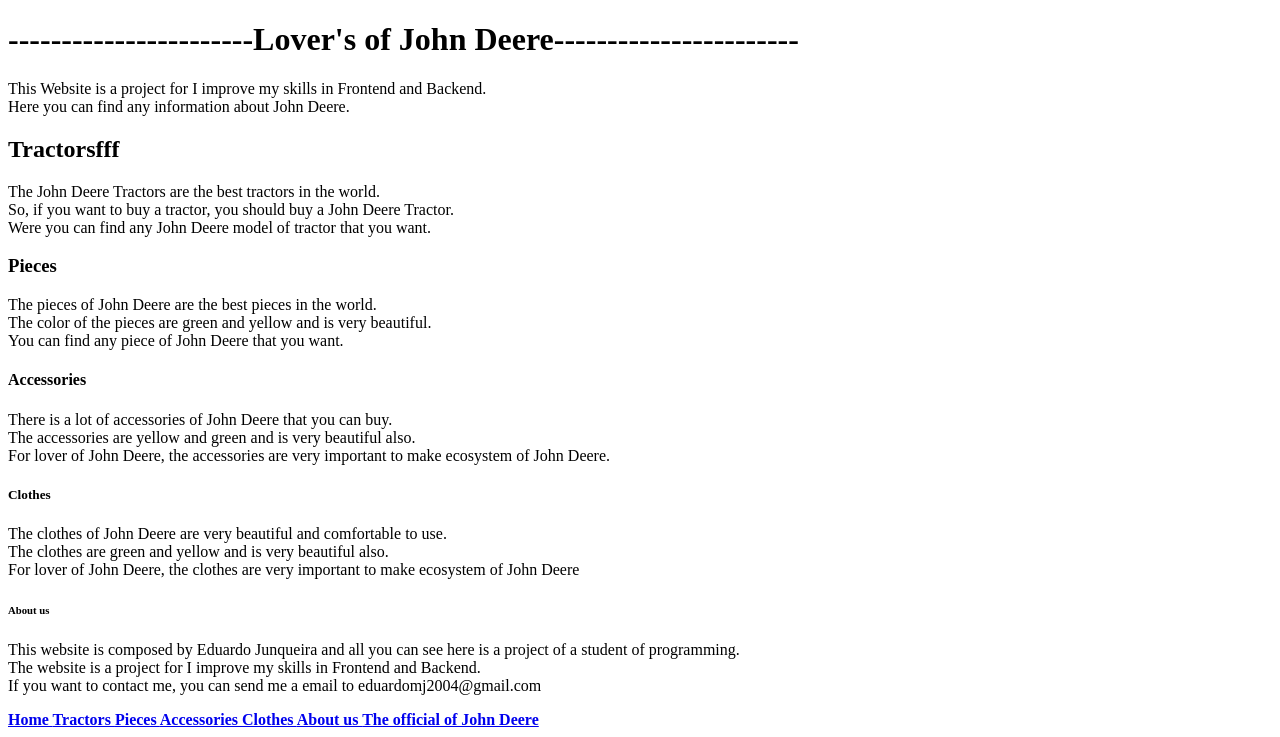
Repository: EduardoJunqueira2004/WEBJohnDeere
Page: index.html
An editor plug-in stored every save of this project. The page is shown before and after a run of saves, followed by the edit.
The browser window is 1280 px wide. The pictures show the whole page.

Above is the page before, as saved 2024-12-05 11:40:44.

After the next 4 saves:
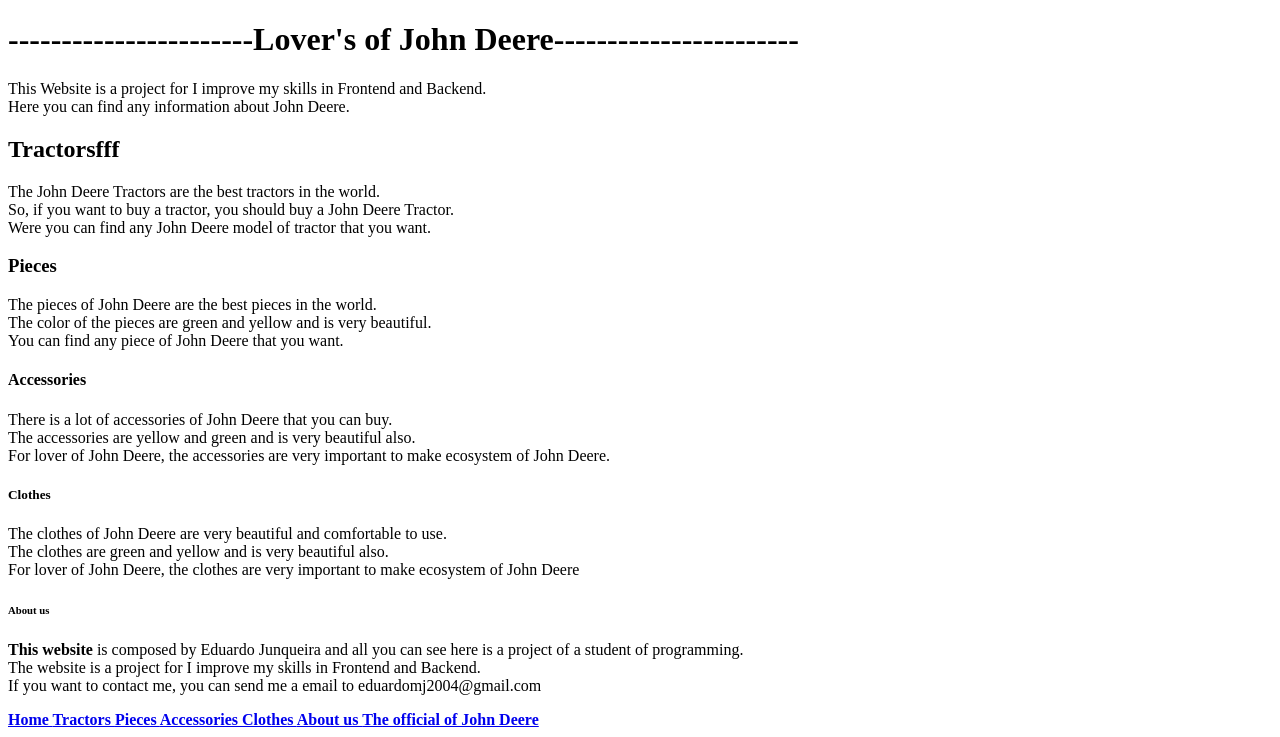
The 4 saves are shown as one change because they came seconds apart.
The last was saved 16 s later.
--- a/index.html
+++ b/index.html
@@ -43,7 +43,7 @@
     <!--heder6-->
     <h6><strong>About us</strong></h6>
     <p>
-        This website is  composed by Eduardo Junqueira and all you can see here is a project of a student of programming.<br>
+        <strong>This website</strong> is  composed by Eduardo Junqueira and all you can see here is a project of a student of programming.<br>
         The website is a project for I improve my skills in Frontend and Backend.<br>
         If you want to contact me, you can send me a email to eduardomj2004@gmail.com<br>
     </p>
